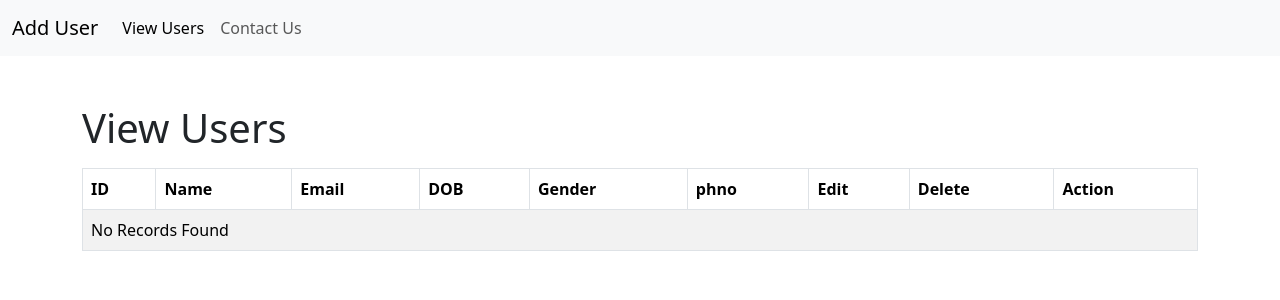
Repository: Parvezi9ahmad/01-MIniProject
Page: http://localhost/view-users
The author's editor kept a copy of each file at every save. The page is drawn from the files as they stood at one save, then again after the next save.
The browser window is 1280 px wide. The pictures show the whole page.
The page is this project's Thymeleaf template; nobody is signed in. The template is opened directly, without the code that normally fills it, so the values that code supplies are empty.

Above is the page before, as saved 2023-12-20 10:59:28.

After the next save:
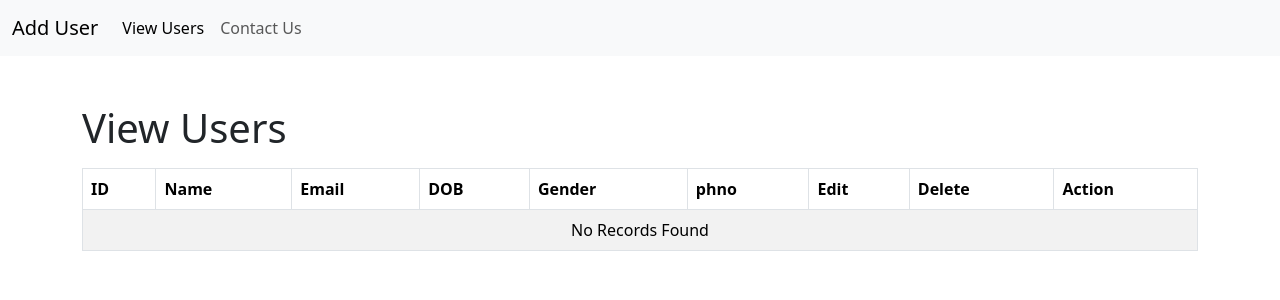
Saved 4 min 38 s later.
--- a/01-Mini-Project-User-Mgmt-App/src/main/resources/templates/view-users.html
+++ b/01-Mini-Project-User-Mgmt-App/src/main/resources/templates/view-users.html
@@ -71,7 +71,7 @@
 					</span>
 					<div th:if="${users==null or users.isEmpty()}"></div>
 				</tr>
-				<td colspan="9">No Records Found</td>
+				<td colspan="9" align="center">No Records Found</td>
 				</tr>
 			</tbody>
 		</table>
